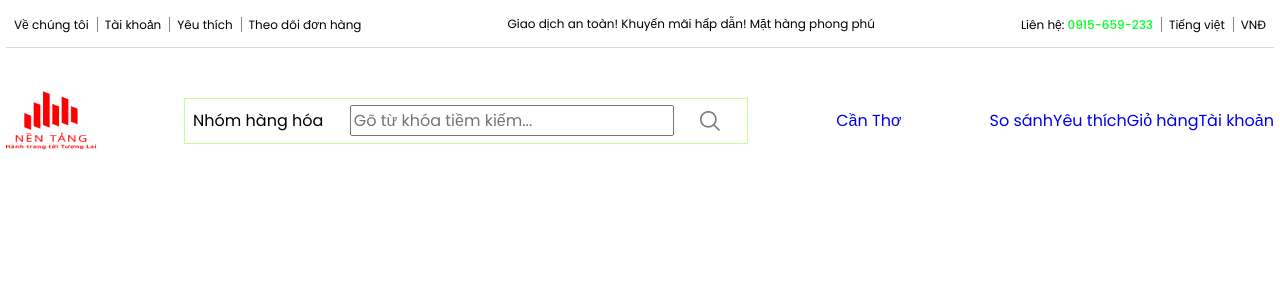
Repository: DucNghia2004/project_pro_01
Page: index.html
These files come from the project's save history. The page is drawn as it stood at one moment and after the next save; the edit follows.
The browser window is 1280 px wide. The pictures show the whole page.

Above is the page before, as saved 2024-05-30 21:27:32.

### index.html
<!DOCTYPE html>
<html lang="en">
    <head>
        <meta charset="UTF-8" />
        <meta name="viewport" content="width=device-width, initial-scale=1.0" />
        <title>Document</title>
        <!-- Reset CSS -->
        <link rel="stylesheet" href="./assets/css/resets.css" />

        <!-- Embed font -->
        <link rel="preconnect" href="https://fonts.googleapis.com" />
        <link rel="preconnect" href="https://fonts.gstatic.com" crossorigin />
        <link
            href="https://fonts.googleapis.com/css2?family=Poppins:ital,wght@0,100;0,200;0,300;0,400;0,500;0,600;0,700;0,800;0,900;1,100;1,200;1,300;1,400;1,500;1,600;1,700;1,800;1,900&display=swap"
            rel="stylesheet"
        />

        <!-- Styles CSS -->
        <link rel="stylesheet" href="./assets/css/styles.css" />
    </head>
    <body>
        <!-- Info_header -->
        <div class="info">
            <div class="container">
                <div class="info-info">
                    <div class="info-header">
                        <ul class="info__list">
                            <li class="info__item">
                                <a href="#!" class="info__link">Về chúng tôi</a>
                            </li>
                            <li class="info__item">
                                <a href="#!" class="info__link">Tài khoản</a>
                            </li>
                            <li class="info__item">
                                <a href="#!" class="info__link">Yêu thích</a>
                            </li>
                            <li class="info__item">
                                <a href="#!" class="info__link"
                                    >Theo dõi đơn hàng</a
                                >
                            </li>
                        </ul>
                    </div>
                    <div class="info-product">
                        <p class="indo-product__desc">
                            Giao dịch an toàn! Khuyến mãi hấp dẫn! Mặt hàng
                            phong phú
                        </p>
                    </div>
                    <div class="info-contact">
                        <ul class="info-contact__list">
                            <li class="info-contact__item">
                                <a href="#!" class="info-contact__link">
                                    Liên hệ:
                                    <strong class="info__tell"
                                        >0915-659-233</strong
                                    >
                                </a>
                            </li>
                            <li class="info-contact__item">
                                <a href="#!" class="info-contact__link"
                                    >Tiếng việt</a
                                >
                            </li>
                            <li class="info-contact__item">
                                <a href="#!" class="info-contact__link">VNĐ</a>
                            </li>
                        </ul>
                    </div>
                </div>
            </div>
        </div>

        <!-- Info_middle -->
        <div class="info-middle">
            <div class="container">
                <div class="info__inner">
                    <img
                        src="./shop_organic/shop_organic/theme/logo.jpg"
                        alt=""
                        class="info__logo"
                    />
                    <form action="" class="search-form">
                        <p class="search-form__desc">Nhóm hàng hóa</p>
                        <input
                            type="search"
                            name=""
                            id=""
                            class="search-form__input"
                            placeholder="Gõ từ khóa tiềm kiếm..."
                        />

                        <img
                            src="./shop_organic/shop_organic/theme/icons/search.png"
                            alt=""
                            class="search-from__icon"
                        />
                    </form>
                    <div class="info-cta__wrap">
                        <a href="#!" class="info__btn">Cần Thơ</a>
                    </div>
                    <div class="info-consumers">
                        <ul class="info-consumer__list">
                            <li class="info-consumer__litem">
                                <a href="#!" class="info-consumer__link">
                                    So sánh
                                </a>
                            </li>
                            <li class="info-consumer__litem">
                                <a href="#!" class="info-consumer__link">
                                    Yêu thích
                                </a>
                            </li>
                            <li class="info-consumer__litem">
                                <a href="#!" class="info-consumer__link">
                                    Giỏ hàng
                                </a>
                            </li>
                            <li class="info-consumer__litem">
                                <a href="#!" class="info-consumer__link">
                                    Tài khoản
                                </a>
                            </li>
                        </ul>
                    </div>
                </div>
            </div>
        </div>
    </body>
</html>

### assets/css/styles.css
* {
    box-sizing: border-box;
}

html {
    font-size: 62.5%;
}

body {
    font-size: 1.6rem;
    font-family: "Poppins", sans-serif;
}

input,
textarea,
select,
button {
    font-size: inherit;
    font-family: inherit;
}

.container {
    width: 100%;
    max-width: calc(100% - 12px);
    margin: 0 auto;
}

/* Comon */
a {
    text-decoration: none;
}

/* Info-header */
.info-info {
    position: relative;
}

.info-info::after {
    content: "";
    position: absolute;
    display: inline-block;
    left: 0;
    bottom: 0;
    width: 100%;
    height: 1px;
    background-color: rgba(0, 0, 0, 0.144);
}

.info-info {
    display: flex;
    align-items: center;
    justify-content: space-between;
    padding: 16px 0;
}

.info__list {
    display: flex;
}

.info__link {
    position: relative;
    padding: 4px 8px;
    color: black;
    font-size: 1.2rem;
}

.info__link:hover {
    text-shadow: 1px 0 0 black;
    color: black;
}

.info__link::before {
    position: absolute;
    content: "";
    display: inline-block;
    height: 15px;
    width: 1px;
    top: 5px;
    left: 0;
    background-color: rgba(0, 0, 0, 0.467);
}

.indo-product__desc {
    font-size: 1.2rem;
    color: black;
}

.info-contact__list {
    display: flex;
}

.info-contact__link {
    position: relative;
    padding: 4px 8px;
    color: black;
    font-size: 1.2rem;
}

.info-contact__link::before {
    position: absolute;
    content: "";
    display: inline-block;
    height: 15px;
    width: 1px;
    top: 5px;
    left: 0;
    background-color: rgba(0, 0, 0, 0.467);
}

.info-contact__list
    .info-contact__item:first-child
    .info-contact__link::before {
    display: none;
}

.info__list .info__item:first-child .info__link::before {
    display: none;
}

.info__tell {
    color: rgb(0, 255, 34);
    font-weight: 500;
}

/* Info middle */
.info-middle {
    padding: 40px 0;
}

.info__inner {
    display: flex;
    align-items: center;
    justify-content: space-between;
}

.info__logo {
    width: 90px;
    height: 65px;
}

.search-form {
    display: flex;
    align-items: center;
    justify-content: space-between;
    padding: 4px 8px;
    width: 564px;
    height: 46px;
    border: 1px solid rgba(137, 255, 47, 0.507);
}

.info-consumer__list {
    display: flex;
}

Loaded but not shown: assets/css/resets.css (common file)

After the next save:
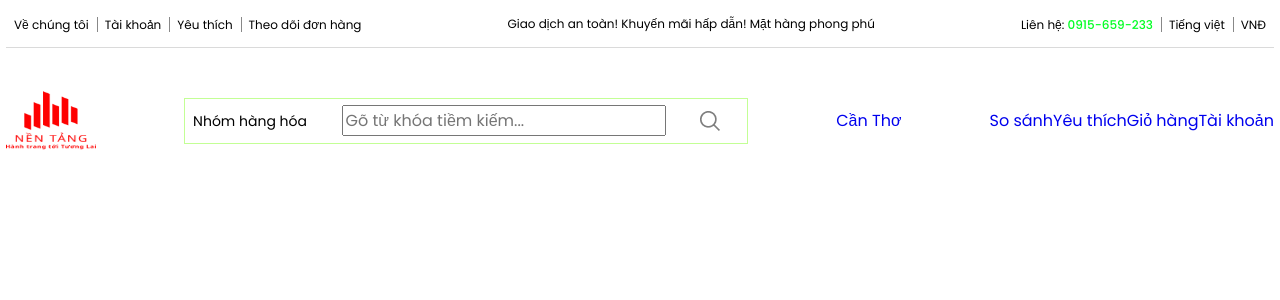
Saved 2 min 16 s later.
--- a/assets/css/styles.css
+++ b/assets/css/styles.css
@@ -148,6 +148,10 @@ a {
     border: 1px solid rgba(137, 255, 47, 0.507);
 }
 
+.search-form__desc {
+    font-size: 1.4rem;
+}
+
 .info-consumer__list {
     display: flex;
 }
